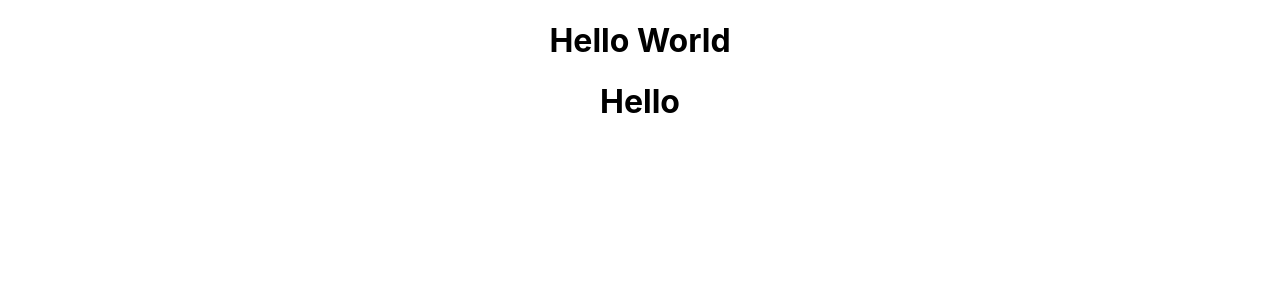
Repository: DeepikaSuretek/React
Page: / (app in practice-app/)
An editor plug-in stored every save of this project. The page is shown before and after the next save, followed by the edit.
The browser window is 1280 px wide. The pictures show the whole page.
The project was rebuilt for these pictures with package versions that can differ from the ones it lists, and the page was loaded fresh each time.

Above is the page before, as saved 2024-07-08 17:52:54.

### practice-app/src/App.js
import './App.css';
//import User from './class-component/class';
import User from './functional-component/function'

function App() {
  return (
    <div className="App">
     <h1>Hello World</h1>
     <User name='Anil'/>
    </div>
  );
}

export default App;

### practice-app/src/App.css
.App {
  text-align: center;
}

.App-logo {
  height: 40vmin;
  pointer-events: none;
}

@media (prefers-reduced-motion: no-preference) {
  .App-logo {
    animation: App-logo-spin infinite 20s linear;
  }
}

.App-header {
  background-color: #282c34;
  min-height: 100vh;
  display: flex;
  flex-direction: column;
  align-items: center;
  justify-content: center;
  font-size: calc(10px + 2vmin);
  color: white;
}

.App-link {
  color: #61dafb;
}

@keyframes App-logo-spin {
  from {
    transform: rotate(0deg);
  }
  to {
    transform: rotate(360deg);
  }
}

.loader{
  height: 100px;
  width: 100px;
  border: 8px solid;
  border-color: black black black red;
  border-radius: 50%;
  animation: App-logo-spin 2s linear infinite;
}

### practice-app/src/functional-component/function.js
function User() {
    return(
        <h1>Hello </h1>
    )
}

export default User;

### practice-app/src/class-component/class.js
import { Component } from "react"

class User extends Component{
    constructor(){
        super();
        this.state = {
            data:'Deepika'
        }
    }
    render(){
        return(
           <div>Hello {this.state.data}</div>
        )
    }
}

export default User;

Loaded but not shown: practice-app/public/index.html (common file); practice-app/src/index.js (common file); practice-app/src/index.css (common file); practice-app/src/reportWebVitals.js (common file)

After the next save:
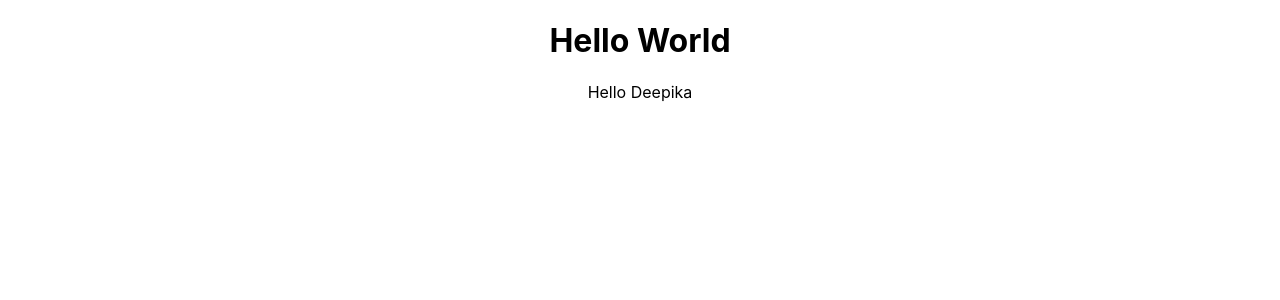
Saved 14 s later.
--- a/practice-app/src/App.js
+++ b/practice-app/src/App.js
@@ -1,6 +1,6 @@
 import './App.css';
-//import User from './class-component/class';
-import User from './functional-component/function'
+import User from './class-component/class';
+//import User from './functional-component/function'
 
 function App() {
   return (
